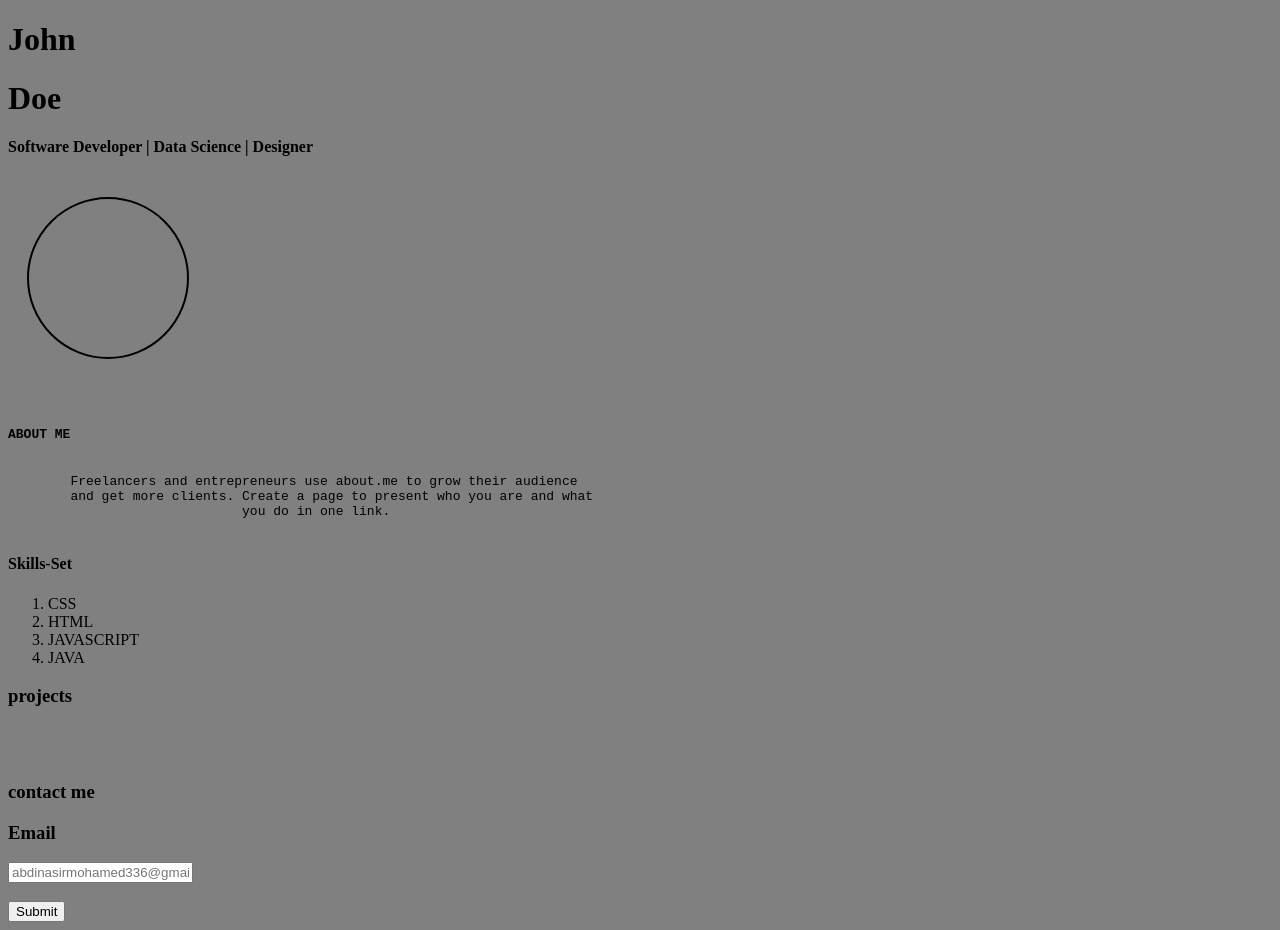
Repository: mrjayajay/week-1-code-challenges
Page: assignment/index.html
The author's editor kept a copy of each file at every save. The page is drawn from the files as they stood at one save, then again after the next save.
The browser window is 1280 px wide. The pictures show the whole page.

Above is the page before, as saved 2024-03-10 17:29:34.

### assignment/index.html
<!DOCTYPE html>
<html lang="en">
<head>
    <meta charset="UTF-8">
    <meta name="viewport" content="width=device-width, initial-scale=1.0">
    <title>ASSIGNMENT</title>
    <link rel="stylesheet" href="style.css">
</head>
<body>
    <h1>John</h1>
    <h1>Doe</H1>
    <div id="sof">
    <h4>Software Developer | Data Science | Designer</h4>
    </div>
     <div id="circ" class="list">
    <svg width="200" height="200">
    <circle cx="100" cy="100" r="80" fill="GREY" stroke="black" stroke-width="2"/></svg>

    </div>
    <div id="brief">
        <pre>
    <h4 id="head">ABOUT ME</h4>
        Freelancers and entrepreneurs use about.me to grow their audience
        and get more clients. Create a page to present who you are and what
                              you do in one link.
    </pre>
    </div>

    <h4>Skills-Set</h4>
    <ol>
        <li>CSS</li>
        <LI>HTML</LI>
        <LI>JAVASCRIPT</LI>
        <LI>JAVA</LI>
    </ol>
    <h3>projects</h3>
    <br>
    <div class="container1">
        <div class="box" id="box1"></div>
        <div class="box" id="box2"></div>
        <div class="box" id="box3"></div>
    </div>
    <br>
    <div class="container2">
    <div  class="box" id="box4"></div>
    <div class="box" id="box5"></div>
    <div class="box" id="box6"></div>
    </div>

    <h3>contact me</h3>

    <form>
        <div id="class">
            <h3 class="zenz">Email</h3>
            <input type="email" placeholder="abdinasirmohamed336@gmail.com" class="zenz">
        </div>
    <br>
    <div id="sub">
        <input type="submit" id="cnn" class="zenz">
    </div>
    </form>
</body>
</html>

### assignment/style.css
*{
    padding:0px
    margin:0px
}
body {
    background-color: grey;
    font-family: 'Times New Roman', Times, serif;
}
#name{
    color: white;
    text
}

After the next save:
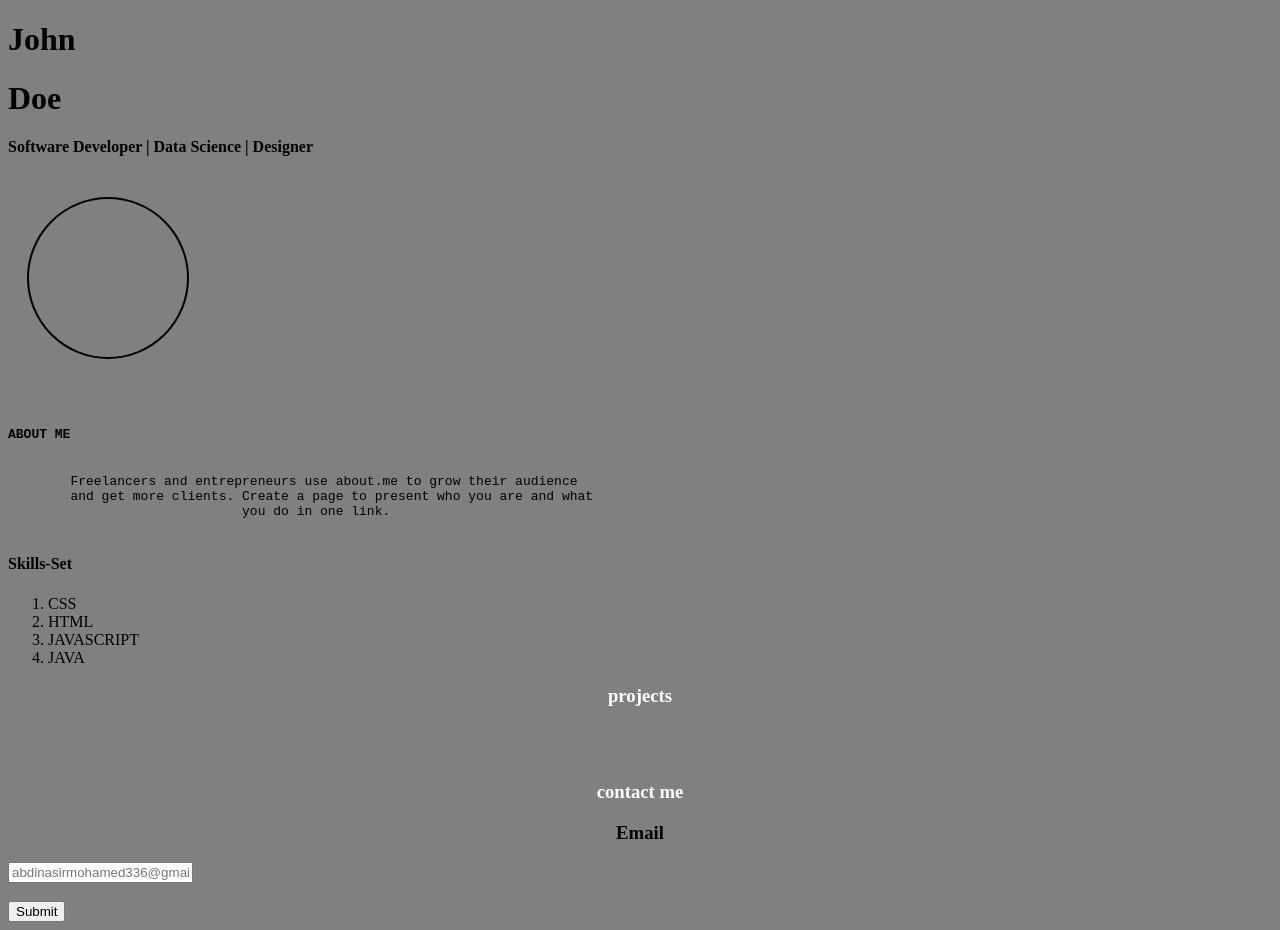
Saved 95 s later.
--- a/assignment/style.css
+++ b/assignment/style.css
@@ -8,5 +8,12 @@ body {
 }
 #name{
     color: white;
-    text
+    margin-left: 40px;
 }
+h3{
+    color: white;
+    text-align: center;
+}
+.zenz{color: black;
+
+}
